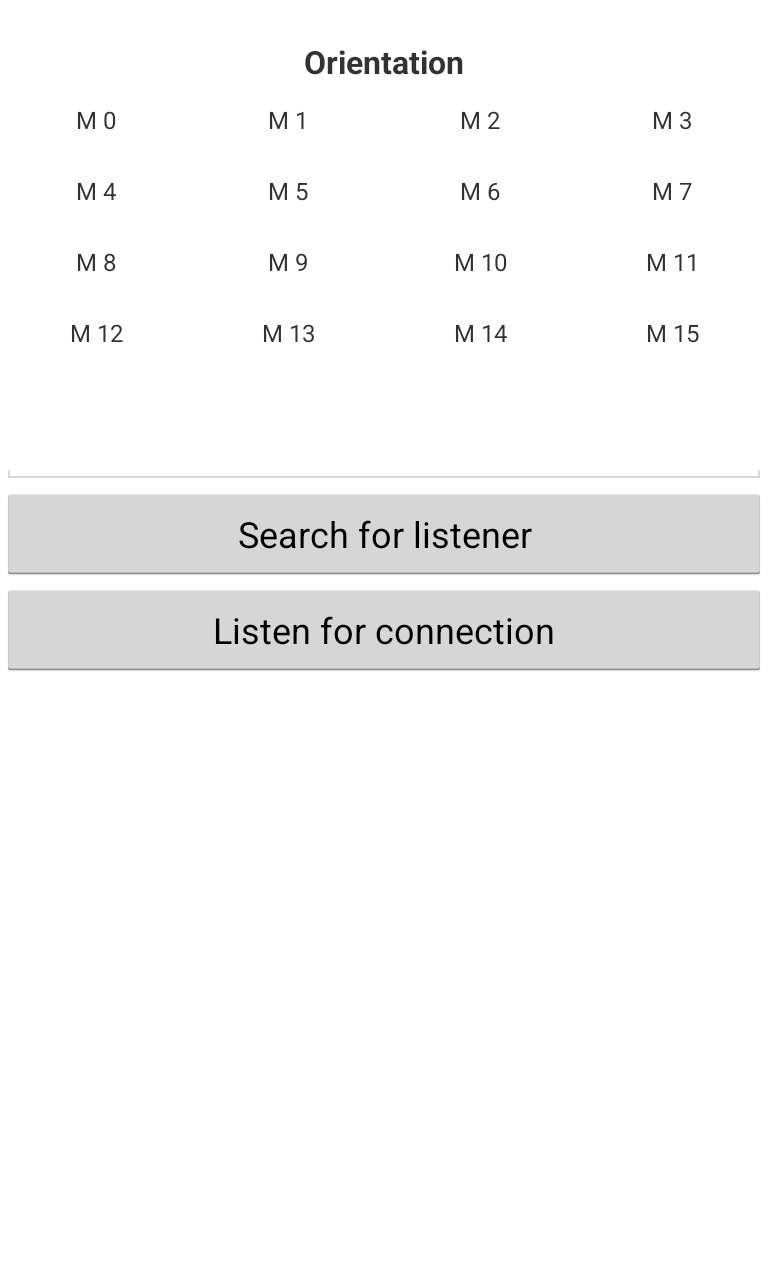
Repository: 3lim/DroidAhoy
Layout: AhoyApp/res/layout/main.xml
The author's editor kept a copy of each file at every save. The layout is drawn from the files as they stood at one save, then again after the next save.
It is drawn on a 768 x 1280 px phone screen (xhdpi) without system bars, with theme AppTheme; the app's code is not run. Lists and similar views that code fills are empty.

Above is the layout before, as saved 2013-11-14 22:10:46.

### AhoyApp/res/layout/main.xml
<?xml version="1.0" encoding="utf-8"?>



<LinearLayout xmlns:android="http://schemas.android.com/apk/res/android"



android:orientation="vertical"

android:layout_width="fill_parent"

android:layout_height="fill_parent">

<TextView
    android:layout_width="fill_parent"
    android:layout_height="wrap_content"
    android:gravity="center"
    android:paddingTop="20dip"
    android:text="Orientation"
    android:textSize="16sp"
    android:textStyle="bold" />

<TableLayout

android:paddingTop="10dip"

android:layout_width="fill_parent"

android:layout_height="wrap_content"

android:stretchColumns="*">

<TableRow>

<TextView

android:layout_width="wrap_content"

android:layout_height="wrap_content"

android:textSize="12sp"

android:text="M 0"

android:gravity="center"/>

<TextView

android:layout_width="wrap_content"

android:layout_height="wrap_content"

android:textSize="12sp"

android:text="M 1"

android:gravity="center"/>

<TextView

android:layout_width="wrap_content"

android:layout_height="wrap_content"

android:textSize="12sp"

android:text="M 2"

android:gravity="center"/>

<TextView

android:layout_width="wrap_content"

android:layout_height="wrap_content"

android:textSize="12sp"

android:text="M 3"

android:gravity="center"/>

</TableRow>

<TableRow>

<TextView

android:layout_width="wrap_content"

android:layout_height="wrap_content"

android:id="@+id/m0"

android:gravity="center"/>

<TextView

android:layout_width="wrap_content"

android:layout_height="wrap_content"

android:id="@+id/m1"

android:gravity="center"/>

<TextView

android:layout_width="wrap_content"

android:layout_height="wrap_content"

android:id="@+id/m2"

android:gravity="center"/>

<TextView

android:layout_width="wrap_content"

android:layout_height="wrap_content"

android:id="@+id/m3"

android:gravity="center"/>

</TableRow>

<TableRow>

<TextView

android:layout_width="wrap_content"

android:layout_height="wrap_content"

android:textSize="12sp"

android:text="M 4"

android:gravity="center"/>

<TextView

android:layout_width="wrap_content"

android:layout_height="wrap_content"

android:textSize="12sp"

android:text="M 5"

android:gravity="center"/>

<TextView

android:layout_width="wrap_content"

android:layout_height="wrap_content"

android:textSize="12sp"

android:text="M 6"

android:gravity="center"/>

<TextView

android:layout_width="wrap_content"

android:layout_height="wrap_content"

android:textSize="12sp"

android:text="M 7"

android:gravity="center"/>

</TableRow>

<TableRow>

<TextView

android:layout_width="wrap_content"

android:layout_height="wrap_content"

android:id="@+id/m4"

android:gravity="center"/>

<TextView

android:layout_width="wrap_content"

android:layout_height="wrap_content"

android:id="@+id/m5"

android:gravity="center"/>

<TextView

android:layout_width="wrap_content"

android:layout_height="wrap_content"

android:id="@+id/m6"

android:gravity="center"/>

<TextView

android:layout_width="wrap_content"

android:layout_height="wrap_content"

android:id="@+id/m7"

android:gravity="center"/>

</TableRow>

<TableRow>

<TextView

android:layout_width="wrap_content"

android:layout_height="wrap_content"

android:textSize="12sp"

android:text="M 8"

android:gravity="center"/>

<TextView

android:layout_width="wrap_content"

android:layout_height="wrap_content"

android:textSize="12sp"

android:text="M 9"

android:gravity="center"/>

<TextView

android:layout_width="wrap_content"

android:layout_height="wrap_content"

android:textSize="12sp"

android:text="M 10"

android:gravity="center"/>

<TextView

android:layout_width="wrap_content"

android:layout_height="wrap_content"

android:textSize="12sp"

android:text="M 11"

android:gravity="center"/>

</TableRow>

<TableRow>

<TextView

android:layout_width="wrap_content"

android:layout_height="wrap_content"

android:id="@+id/m8"

android:gravity="center"/>

<TextView

android:layout_width="wrap_content"

android:layout_height="wrap_content"

android:id="@+id/m9"

android:gravity="center"/>

<TextView

android:layout_width="wrap_content"

android:layout_height="wrap_content"

android:id="@+id/m10"

android:gravity="center"/>

<TextView

android:layout_width="wrap_content"

android:layout_height="wrap_content"

android:id="@+id/m11"

android:gravity="center"/>

</TableRow>

<TableRow>

<TextView

android:layout_width="wrap_content"

android:layout_height="wrap_content"

android:textSize="12sp"

android:text="M 12"

android:gravity="center"/>

<TextView

android:layout_width="wrap_content"

android:layout_height="wrap_content"

android:textSize="12sp"

android:text="M 13"

android:gravity="center"/>

<TextView

android:layout_width="wrap_content"

android:layout_height="wrap_content"

android:textSize="12sp"

android:text="M 14"

android:gravity="center"/>

<TextView

android:layout_width="wrap_content"

android:layout_height="wrap_content"

android:textSize="12sp"

android:text="M 15"

android:gravity="center"/>

</TableRow>

<TableRow>

<TextView

android:layout_width="wrap_content"

android:layout_height="wrap_content"

android:id="@+id/m12"

android:gravity="center"/>

<TextView

android:layout_width="wrap_content"

android:layout_height="wrap_content"

android:id="@+id/m13"

android:gravity="center"/>

<TextView

android:layout_width="wrap_content"

android:layout_height="wrap_content"

android:id="@+id/m14"

android:gravity="center"/>

<TextView

android:layout_width="wrap_content"

android:layout_height="wrap_content"

android:id="@+id/m15"

android:gravity="center"/>

</TableRow>



</TableLayout>

<ImageView

android:paddingTop="10dip"

android:layout_width="wrap_content"

android:layout_height="wrap_content"

android:id="@+id/image"

android:layout_gravity="center"

android:visibility="invisible"/>


<EditText
android:id="@+id/text_message"
android:layout_width="fill_parent"
android:layout_height="wrap_content"
android:layout_alignParentBottom="true"
android:enabled="false"
/>
<Button
android:id="@+id/button_search"
android:text="Search for listener"
android:layout_width="fill_parent"
android:layout_height="wrap_content"
android:layout_above="@id/text_message"
/>
<Button
android:id="@+id/button_listen"
android:text="Listen for connection"
android:layout_width="fill_parent"
android:layout_height="wrap_content"
android:layout_above="@id/button_search"
/>

<ListView
android:id="@+id/list_discovered"
android:layout_width="fill_parent"
android:layout_height="fill_parent"
android:layout_above="@id/button_listen"
android:layout_alignParentTop="true"
/>
<TextView
android:id="@+id/text_messages"
android:layout_width="fill_parent"
android:layout_height="fill_parent"
android:layout_above="@id/button_listen"
android:layout_alignParentTop="true"
android:visibility="gone"
/>


</LinearLayout>

Loaded but not shown: AhoyApp/res/values/styles.xml (common file); AhoyApp/res/values-v11/styles.xml (common file); AhoyApp/res/values-v14/styles.xml (common file)

After the next save:
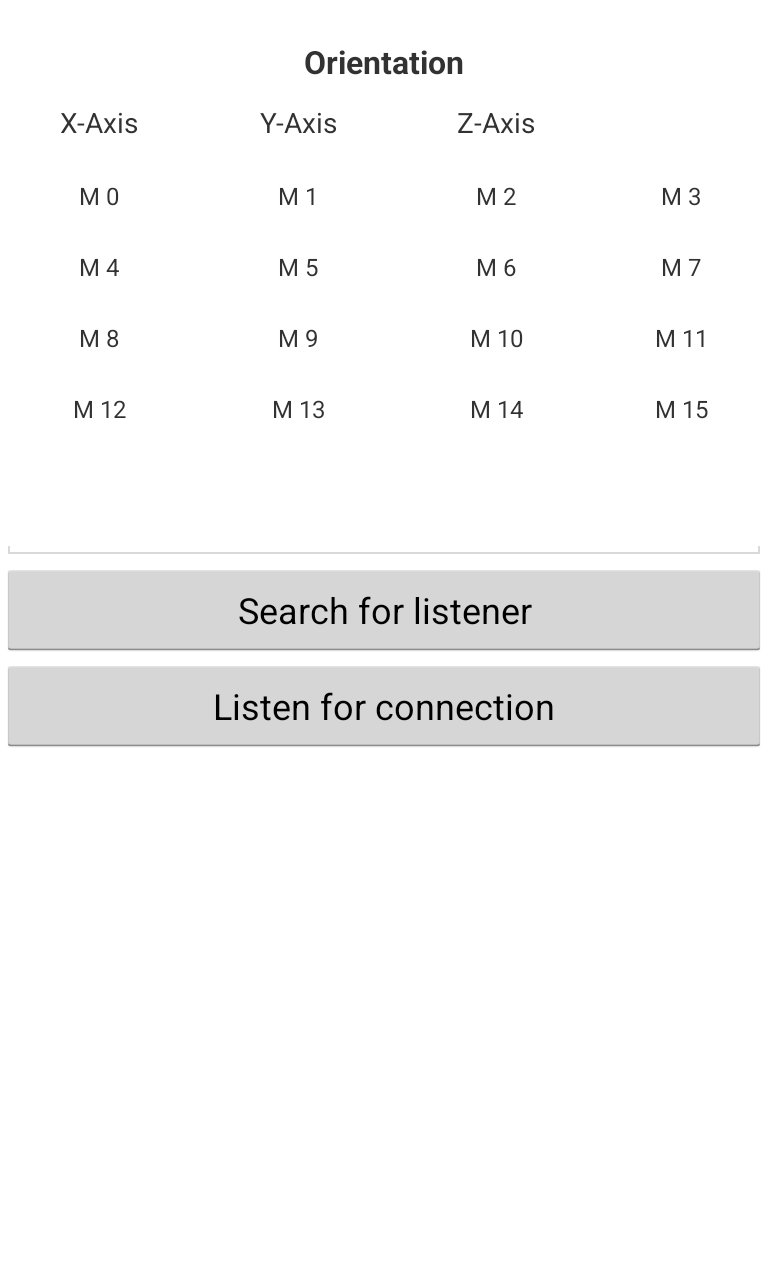
Saved 11 h 0 min later.
--- a/AhoyApp/res/layout/main.xml
+++ b/AhoyApp/res/layout/main.xml
@@ -31,6 +31,80 @@ android:layout_height="wrap_content"
 
 android:stretchColumns="*">
 
+    <TableRow>
+
+<TextView
+
+android:layout_width="wrap_content"
+
+android:layout_height="wrap_content"
+
+android:textSize="14sp"
+
+android:text="X-Axis"
+
+android:gravity="center"/>
+
+<TextView
+
+android:layout_width="wrap_content"
+
+android:layout_height="wrap_content"
+
+android:textSize="14sp"
+
+android:text="Y-Axis"
+
+android:gravity="center"/>
+
+<TextView
+
+android:layout_width="wrap_content"
+
+android:layout_height="wrap_content"
+
+android:textSize="14sp"
+
+android:text="Z-Axis"
+
+android:gravity="center"/>
+
+</TableRow>
+
+<TableRow>
+
+<TextView
+
+android:layout_width="wrap_content"
+
+android:layout_height="wrap_content"
+
+android:id="@+id/x_axis"
+
+android:gravity="center"/>
+
+<TextView
+
+android:layout_width="wrap_content"
+
+android:layout_height="wrap_content"
+
+android:id="@+id/y_axis"
+
+android:gravity="center"/>
+
+<TextView
+
+android:layout_width="wrap_content"
+
+android:layout_height="wrap_content"
+
+android:id="@+id/z_axis"
+
+android:gravity="center"/>
+
+</TableRow>
+
 <TableRow>
 
 <TextView
